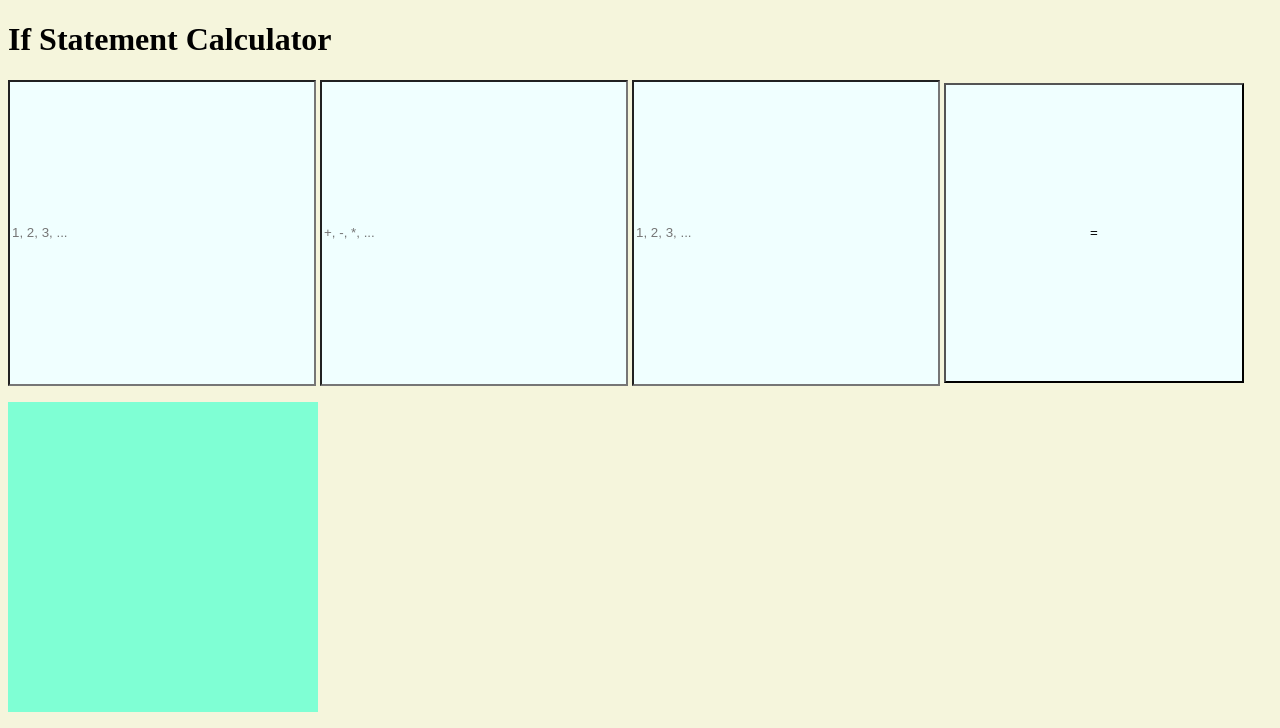
Repository: WesleyErasmus/threeInputCalculator
Page: html/if-calculator.html
These files come from the project's save history. The page is drawn as it stood at one moment and after the next save; the edit follows.
The browser window is 1280 px wide. The pictures show the whole page.

Above is the page before, as saved 2022-04-27 22:06:44.

After the next save:
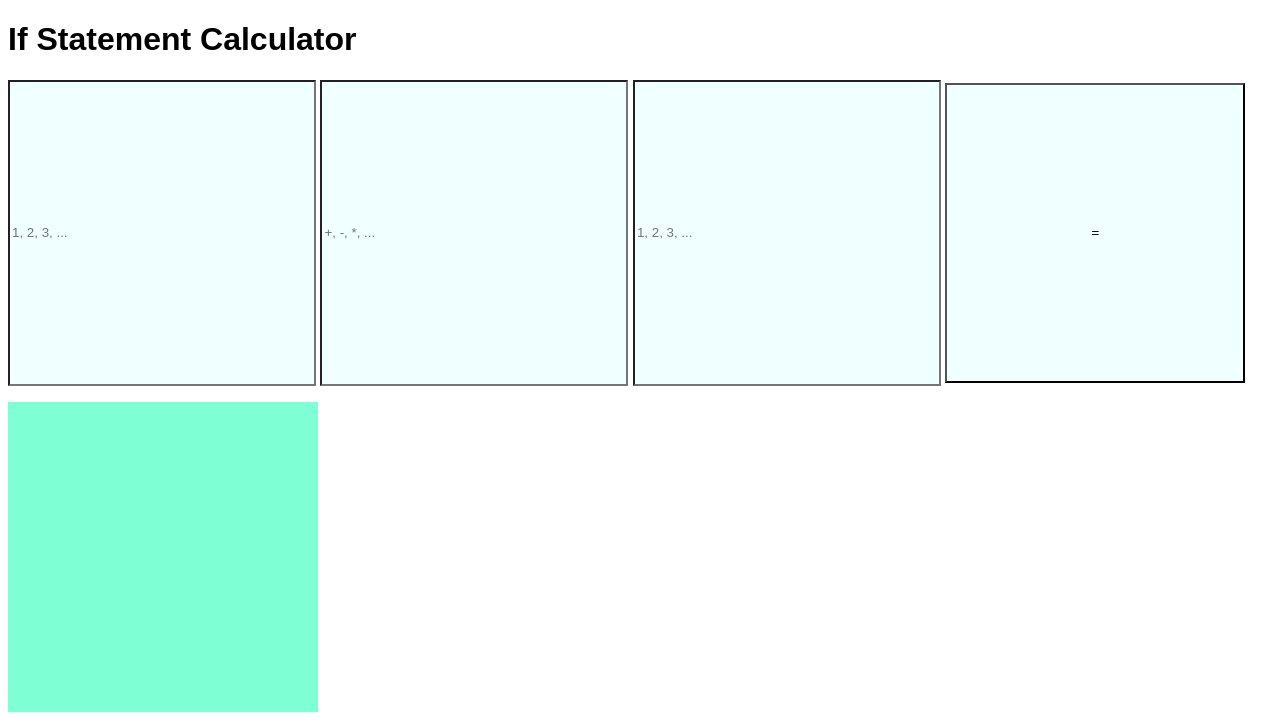
Saved 29 s later.
--- a/css/stylesheet.css
+++ b/css/stylesheet.css
@@ -1,10 +1,11 @@
 body {
-    background-color: beige;
+font-family: sans-serif;
 }
 form {
 
 }
 input, button {
+    font-size: ;
     width: 300px;
     height: 300px;
     background-color: azure;
